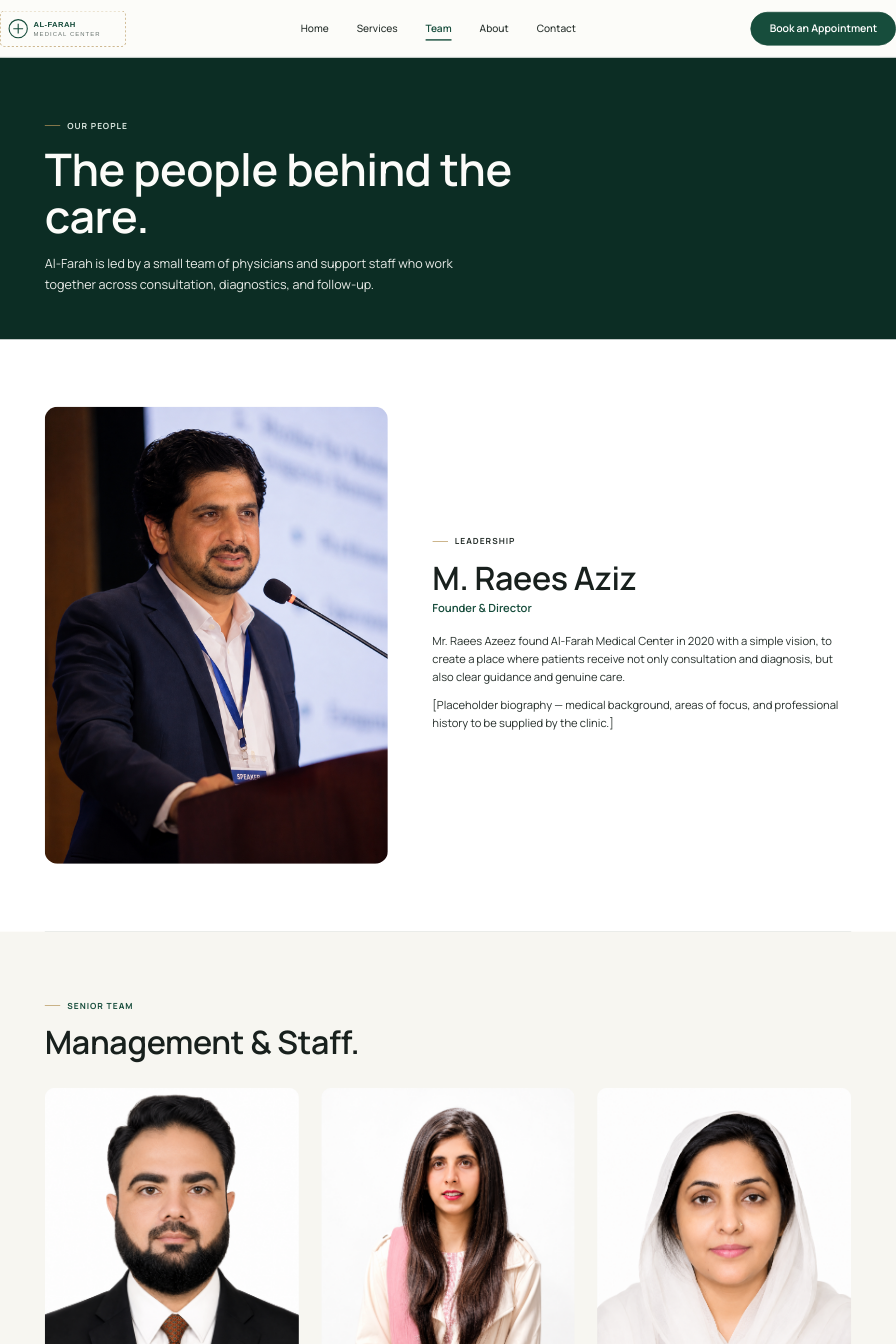
Repository: mraeesaziz45/al-farah
Page: team.html
The author's editor kept a copy of each file at every save. The page is drawn from the files as they stood at one save, then again after the next save.
The browser window is 1280 px wide. The pictures show the part of the page from y = 0 to 1920 px (the page is 5841 px tall), at 70% of full size.

Above is the page before, as saved 2026-09-28 17:52:05.

### team.html
<!DOCTYPE html>
<html lang="en">
<head>
<meta charset="UTF-8">
<meta name="viewport" content="width=device-width, initial-scale=1.0">
<title>Team — Al-Farah Medical Center</title>
<meta name="description" content="Meet the physicians and staff of Al-Farah Medical Center, led by our Founder and Director.">
<meta property="og:title" content="Team — Al-Farah Medical Center">
<meta property="og:description" content="The people behind the care.">
<meta property="og:type" content="website">
<link rel="preconnect" href="https://fonts.googleapis.com">
<link rel="preconnect" href="https://fonts.gstatic.com" crossorigin>
<link href="https://fonts.googleapis.com/css2?family=Manrope:wght@400;500;600;700&family=DM+Serif+Display:ital@0;1&display=swap" rel="stylesheet">
<link rel="stylesheet" href="css/style.css">
</head>
<body>
<a href="#main" class="skip-link">Skip to content</a>

<header class="site-header">
  <div class="container header-inner">
    <a href="index.html" class="logo-link">
      <img src="assets/logo/logo-placeholder.svg" alt="Al-Farah Medical Center" width="180" height="52">
    </a>
    <nav class="main-nav" aria-label="Primary">
      <a href="index.html">Home</a>
      <a href="services.html">Services</a>
      <a href="team.html" aria-current="page">Team</a>
      <a href="about.html">About</a>
      <a href="contact.html">Contact</a>
    </nav>
    <div class="header-actions">
      <a href="contact.html" class="btn btn-primary header-cta-desktop">Book an Appointment</a>
      <button class="menu-toggle" aria-expanded="false" aria-controls="mobileMenu" aria-label="Open menu">
        <span class="bar"></span>
      </button>
    </div>
  </div>
</header>

<div class="mobile-menu" id="mobileMenu">
  <div class="mobile-menu-top">
    <img src="assets/logo/logo-placeholder.svg" alt="Al-Farah Medical Center" width="150" height="44">
    <button class="mobile-menu-close" aria-label="Close menu">
      <svg viewBox="0 0 24 24" fill="none" stroke="currentColor" stroke-width="1.6"><line x1="5" y1="5" x2="19" y2="19"/><line x1="19" y1="5" x2="5" y2="19"/></svg>
    </button>
  </div>
  <nav class="mobile-nav" aria-label="Mobile">
    <a href="index.html">Home</a>
    <a href="services.html">Services</a>
    <a href="team.html" aria-current="page">Team</a>
    <a href="about.html">About</a>
    <a href="contact.html">Contact</a>
  </nav>
  <div class="mobile-menu-cta">
    <a href="contact.html" class="btn btn-primary">Book an Appointment</a>
  </div>
</div>

<main id="main">

  <section class="page-hero dark bg-forest-deep">
    <div class="container">
      <p class="eyebrow" data-reveal>Our People</p>
      <h1 class="page-heading h1" data-reveal>The people behind the care.</h1>
      <p class="body-lg" data-reveal>Al-Farah is led by a small team of physicians and support staff who work together across consultation, diagnostics, and follow-up.</p>
    </div>
  </section>

  <section class="bg-white">
    <div class="container">
      <div class="team-feature">
        <div class="team-feature-media" data-reveal>
          <img src="assets/images/team/director-2.png" alt="Portrait of the Director, placeholder photograph" width="1200" height="1600" loading="lazy" decoding="async">
        </div>
        <div class="team-feature-content" data-reveal>
          <p class="eyebrow">Leadership</p>
          <h2 class="h2">M. Raees Aziz</h2>
          <span class="team-feature-role">Founder &amp; Director</span>
          <p>Mr. Raees Azeez found Al-Farah Medical Center in 2020 with a simple vision, to create a place where patients receive not only consultation and diagnosis, but also clear guidance and genuine care.</p>
          <p>[Placeholder biography — medical background, areas of focus, and professional history to be supplied by the clinic.]</p>
        </div>
      </div>
    </div>
  </section>

  <section class="bg-cream">
    <div class="container">
      <div class="section-head team-section-label" data-reveal>
        <p class="eyebrow">Senior Team</p>
        <h2 class="h2">Management & Staff.</h2>
      </div>
      <div class="team-grid" data-reveal-group>
        <div class="team-card" data-reveal>
          <div class="team-card-media">
            <img src="assets/images/team/hafiz-khushi.png" alt="Portrait placeholder for the clinic accountant" width="1000" height="1250" loading="lazy" decoding="async">
          </div>
          <h3 class="h4">Hafiz M. Khuhsi</h3>
          <span class="role">Head Manager</span>
          <p class="bio">Oversees the center’s financial operations, billing, and administrative accounts.</p>
        </div>
        <div class="team-card" data-reveal>
          <div class="team-card-media">
            <img src="assets/images/team/benazir.png" alt="Portrait placeholder for a radiologist" width="1000" height="1250" loading="lazy" decoding="async">
          </div>
          <h3 class="h4">Benazir Aziz</h3>
          <span class="role">Accountant</span>
          <p class="bio">Manages accounting, financial records, and billing activities for the center.</p>
        </div>
        <div class="team-card" data-reveal>
          <div class="team-card-media">
            <img src="assets/images/team/aneela-tabassum.png" alt="Portrait placeholder for a radiologist" width="1000" height="1250" loading="lazy" decoding="async">
          </div>
          <h3 class="h4">Anila Tabassum</h3>
          <span class="role">HR Manager</span>
          <p class="bio">Manages human resources, staff coordination, and employee administration.</p>
        </div>
        <div class="team-card" data-reveal>
          <div class="team-card-media">
            <img src="assets/images/team/abdul-isalm.png" alt="Portrait placeholder for a radiologist" width="1000" height="1250" loading="lazy" decoding="async">
          </div>
          <h3 class="h4">Abdul Islam</h3>
          <span class="role">Marketing Executive</span>
          <p class="bio">Promotes the center’s healthcare services and manages marketing activities.</p>
        </div>
        <div class="team-card" data-reveal>
          <div class="team-card-media">
            <img src="assets/images/team/sarfaraz-ahmad.png" alt="Portrait placeholder for a radiologist" width="1000" height="1250" loading="lazy" decoding="async">
          </div>
          <h3 class="h4">M. Sarfaraz Ahmad</h3>
          <span class="role">Marketing Manager</span>
          <p class="bio">Develops marketing strategies and builds relationships to promote the center’s services.</p>
        </div>
      </div>
    </div>
  </section>

  <section class="bg-cream">
    <div class="container">
      <div class="section-head team-section-label" data-reveal>
        <p class="eyebrow">Our Doctors</p>
        <h2 class="h2">Consultants and Surgeons.</h2>
      </div>
      <div class="team-grid" data-reveal-group>
        <div class="team-card" data-reveal>
          <div class="team-card-media">
            <img src="assets/images/team/dr-raza-elahi.png" alt="Portrait placeholder for the clinic accountant" width="1000" height="1250" loading="lazy" decoding="async">
          </div>
          <h3 class="h4">Dr. Raza Elahi</h3>
          <span class="role">Senior Orthopedic Surgeon</span>
          <p class="bio">Provides expert orthopedic care for bone, joint, and musculoskeletal conditions.</p>
        </div>
        <div class="team-card" data-reveal>
          <div class="team-card-media">
            <img src="assets/images/team/arsalan-ghori.png" alt="Portrait placeholder for a radiologist" width="1000" height="1250" loading="lazy" decoding="async">
          </div>
          <h3 class="h4">Dr. Arsalan Ghouri</h3>
          <span class="role">Orthopedic Surgeon</span>
          <p class="bio">Diagnoses and treats orthopedic conditions, injuries, and musculoskeletal disorders.</p>
        </div>
        <div class="team-card" data-reveal>
          <div class="team-card-media">
            <img src="assets/images/team/dr-aslam.png" alt="Portrait placeholder for a radiologist" width="1000" height="1250" loading="lazy" decoding="async">
          </div>
          <h3 class="h4">Dr. M. Aslam</h3>
          <span class="role">General Surgeon</span>
          <p class="bio">Performs surgical evaluation and treatment for a range of general surgical conditions.</p>
        </div>
        <div class="team-card" data-reveal>
          <div class="team-card-media">
            <img src="assets/images/team/muqaddas-asif.png" alt="Portrait placeholder for a radiologist" width="1000" height="1250" loading="lazy" decoding="async">
          </div>
          <h3 class="h4">Dn. Muqaddas Asif</h3>
          <span class="role">Nutritionist and Dietitian</span>
          <p class="bio">Provides personalized nutrition and dietary guidance to support healthy lifestyles and medical care.</p>
        </div>
        <div class="team-card" data-reveal>
          <div class="team-card-media">
            <img src="assets/images/team/dr-kyani.png" alt="Portrait placeholder for a radiologist" width="1000" height="1250" loading="lazy" decoding="async">
          </div>
          <h3 class="h4">Dr. M. Kyani</h3>
          <span class="role">General Consultant</span>
          <p class="bio">Provides comprehensive consultation and medical guidance for a range of general health concerns.</p>
        </div>
        <div class="team-card" data-reveal>
          <div class="team-card-media">
            <img src="assets/images/team/arsalan.png" alt="Portrait placeholder for a radiologist" width="1000" height="1250" loading="lazy" decoding="async">
          </div>
          <h3 class="h4">Arsalan Asghar</h3>
          <span class="role">Physiotherapist</span>
          <p class="bio">Provides physiotherapy and rehabilitation to improve movement, strength, and physical function.</p>
        </div>
        <div class="team-card" data-reveal>
          <div class="team-card-media">
            <img src="assets/images/team/dr-shaheen-abid.png" alt="Portrait placeholder for a radiologist" width="1000" height="1250" loading="lazy" decoding="async">
          </div>
          <h3 class="h4">Dr. Shaheen Abid</h3>
          <span class="role">General Physician</span>
          <p class="bio">Provides general medical care, diagnosis, and treatment for common health conditions.</p>
        </div>
        <div class="team-card" data-reveal>
          <div class="team-card-media">
            <img src="assets/images/team/dr-sajida.png" alt="Portrait placeholder for a radiologist" width="1000" height="1250" loading="lazy" decoding="async">
          </div>
          <h3 class="h4">Dr. Sajida Farooq</h3>
          <span class="role">Gynecologist &amp; Ultrasound Specialist</span>
          <p class="bio">Provides gynecological care and specialized ultrasound services for women’s health.</p>
        </div>

      </div>
    </div>
  </section>

  <section class="cta-band bg-forest">
    <div class="container">
      <h2 class="h2" data-reveal>When your health matters, every detail matters.</h2>
      <p class="body-lg" data-reveal>Arrange a consultation with a member of the Al-Farah team.</p>
      <div class="cta-row" data-reveal>
        <a href="contact.html" class="btn btn-primary">Book an Appointment</a>
      </div>
    </div>
  </section>

</main>

<footer class="site-footer">
  <div class="container footer-grid">
    <div>
      <img src="assets/logo/logo-placeholder-light.svg" alt="Al-Farah Medical Center" class="footer-logo" width="170" height="50">
      <p class="footer-about">Al-Farah Medical Center provides trusted medical care with an emphasis on expertise, dignity, and patient-centered service.</p>
    </div>
    <div class="footer-col">
      <p class="footer-col-title">Navigation</p>
      <ul>
        <li><a href="index.html">Home</a></li>
        <li><a href="services.html">Services</a></li>
        <li><a href="team.html">Team</a></li>
        <li><a href="about.html">About</a></li>
        <li><a href="contact.html">Contact</a></li>
      </ul>
    </div>
    <div class="footer-col">
      <p class="footer-col-title">Services</p>
      <ul>
        <li><a href="services.html#radiology">Radiology</a></li>
        <li><a href="services.html#consultation">Consultation</a></li>
        <li><a href="services.html#laboratory">Diagnostics</a></li>
        <li><a href="services.html#specialist">Specialist Care</a></li>
      </ul>
    </div>
    <div class="footer-col">
      <p class="footer-col-title">Contact</p>
      <ul>
        <li>[Clinic Address Placeholder]</li>
        <li>[Phone Number Placeholder]</li>
        <li>[Email Address Placeholder]</li>
        <li>[Opening Hours Placeholder]</li>
      </ul>
    </div>
  </div>
  <div class="container footer-bottom">
    <p>&copy; 2026 Al-Farah Medical Center</p>
    <div class="footer-legal">
      <a href="#">Privacy Policy</a>
      <a href="#">Terms</a>
    </div>
  </div>
</footer>

<script src="js/main.js"></script>
</body>
</html>

Loaded but not shown: js/main.js (276 lines, source omitted); css/style.css (1057 lines, source omitted)

After the next save:
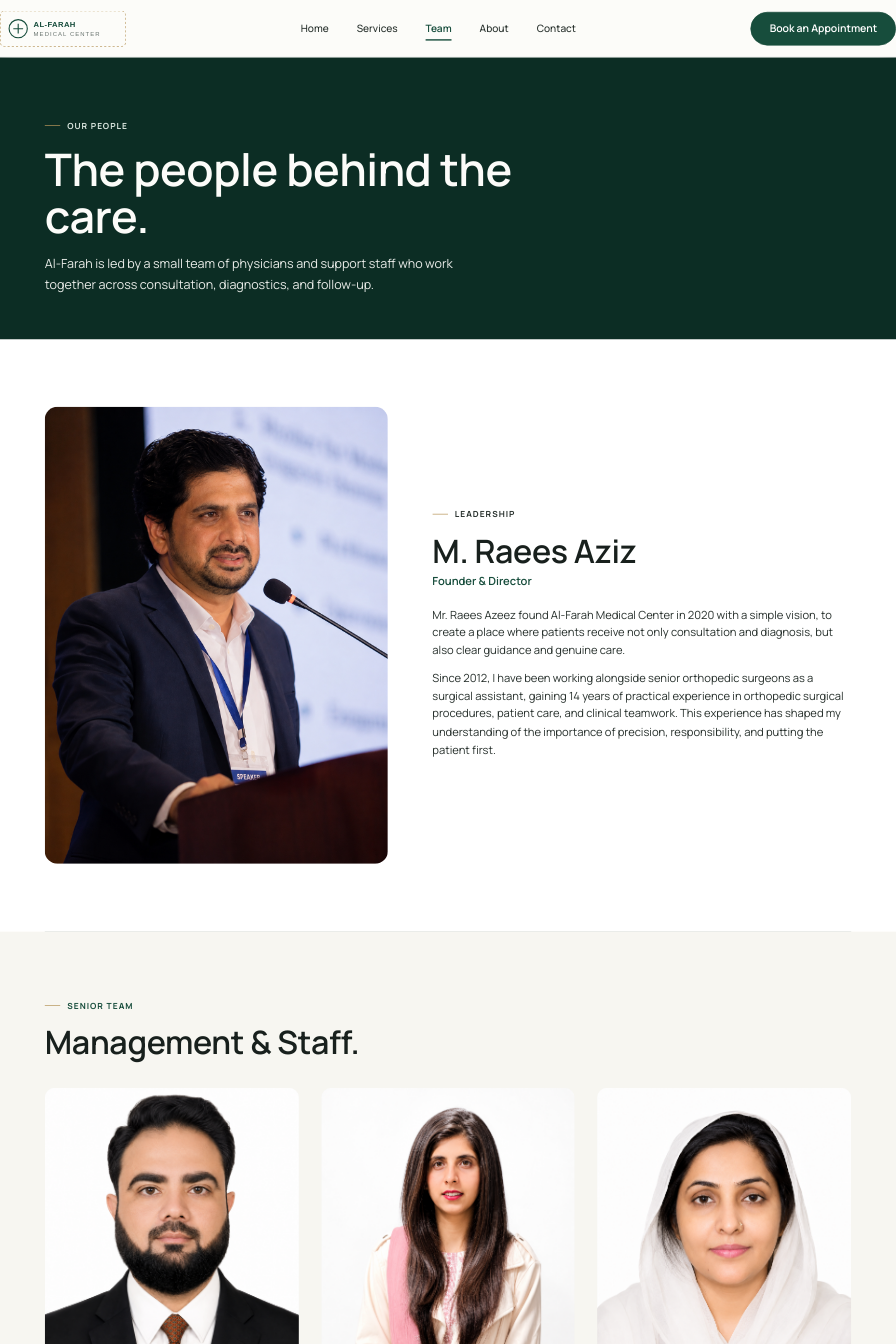
Saved 7 s later.
--- a/team.html
+++ b/team.html
@@ -77,7 +77,7 @@
           <h2 class="h2">M. Raees Aziz</h2>
           <span class="team-feature-role">Founder &amp; Director</span>
           <p>Mr. Raees Azeez found Al-Farah Medical Center in 2020 with a simple vision, to create a place where patients receive not only consultation and diagnosis, but also clear guidance and genuine care.</p>
-          <p>[Placeholder biography — medical background, areas of focus, and professional history to be supplied by the clinic.]</p>
+          <p>Since 2012, I have been working alongside senior orthopedic surgeons as a surgical assistant, gaining 14 years of practical experience in orthopedic surgical procedures, patient care, and clinical teamwork. This experience has shaped my understanding of the importance of precision, responsibility, and putting the patient first.</p>
         </div>
       </div>
     </div>
